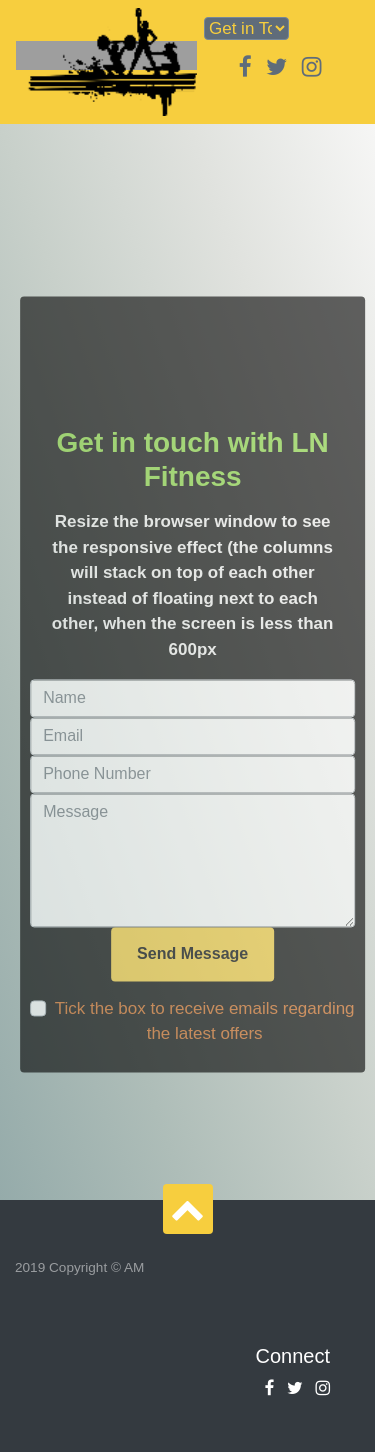
Repository: murphya14/Fitness-webpage
Page: get-in-touch.html
The author's editor kept a record of every edit. The page is drawn from the files as they stood at one moment, then again after the next edit.
The browser window is 375 px wide. The pictures show the whole page.
Pictures or frames that could not be fetched are drawn as grey boxes. Some web libraries are served in a nearby version.

Above is the page before.

After the next edit:
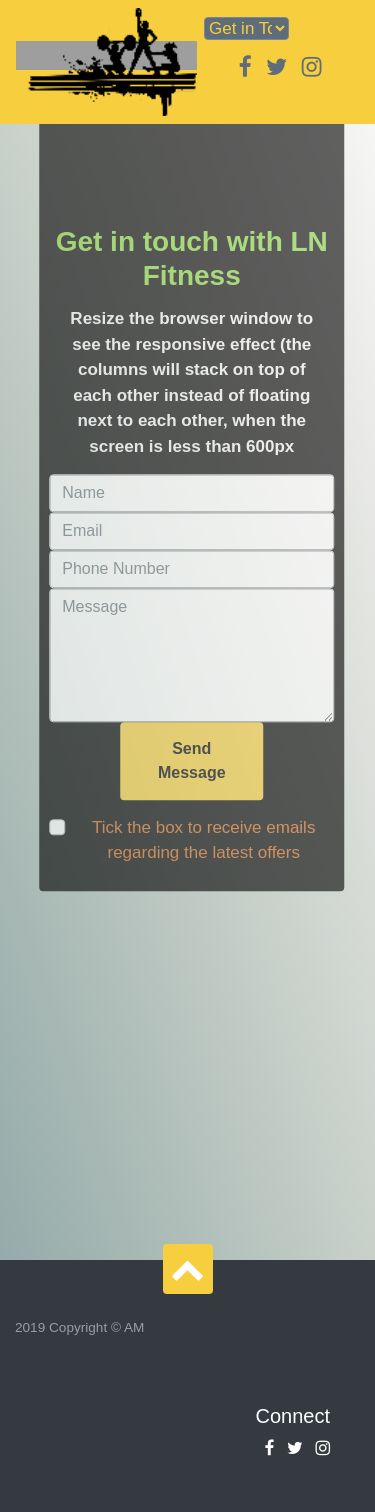
The edit:
--- a/assets/css/style.css
+++ b/assets/css/style.css
@@ -533,8 +533,10 @@
   .mobile-only {width:100%
   ;}
 
-.contact-box{transform: translateX(-13%);
-margin: 0px;}
+.contact-box{
+margin: 20px;
+     transform: translate(-15%, -20%);
+}
 
 }
 
